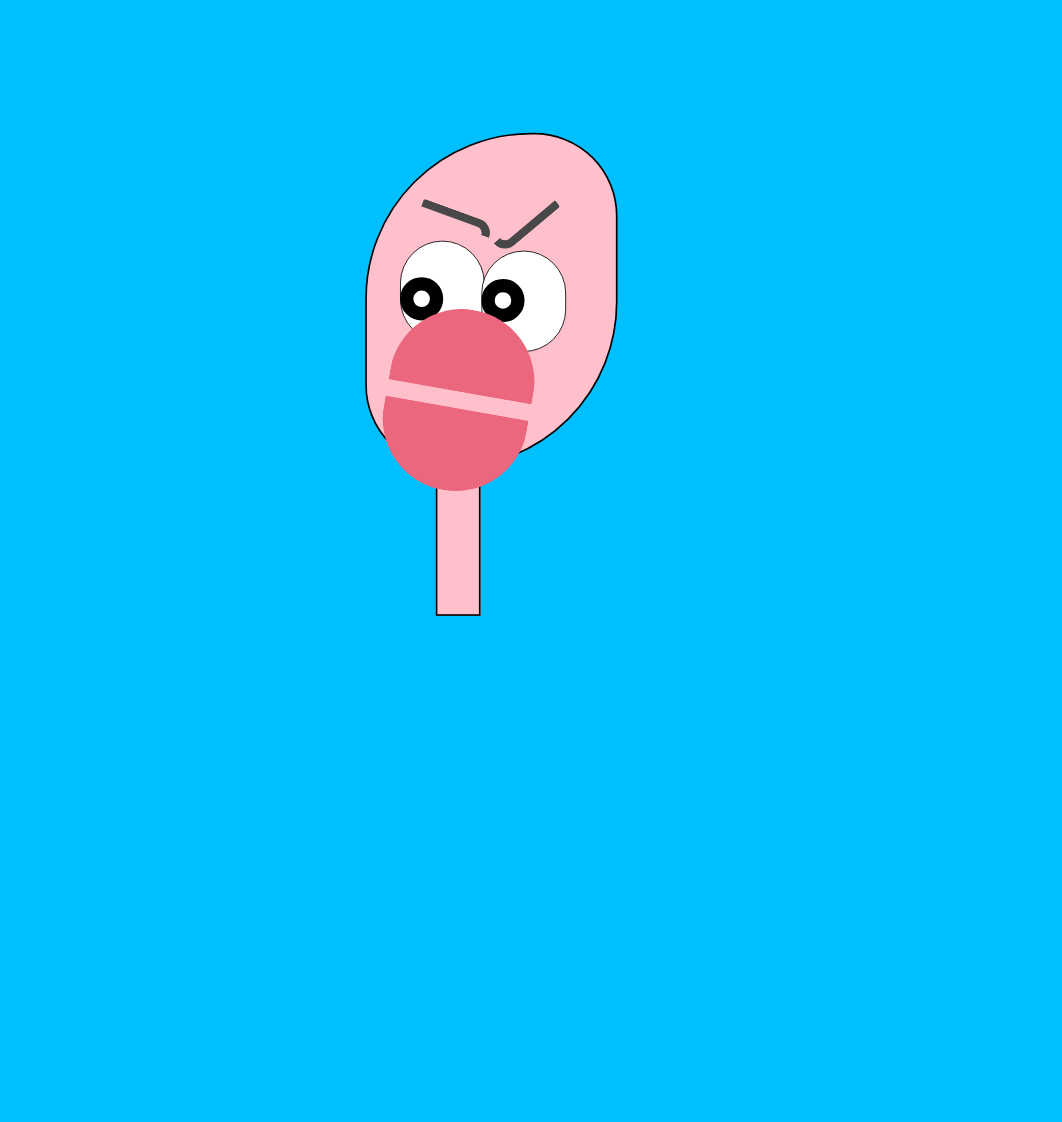
Repository: rodwestmoreland/1150
Page: cssCritter/index.html
An editor plug-in stored every save of this project. The page is shown before and after the next save, followed by the edit.
The browser window is 1280 px wide. The pictures show the whole page, at 83% of full size.

Above is the page before, as saved 2021-01-25 22:44:34.

After the next save:
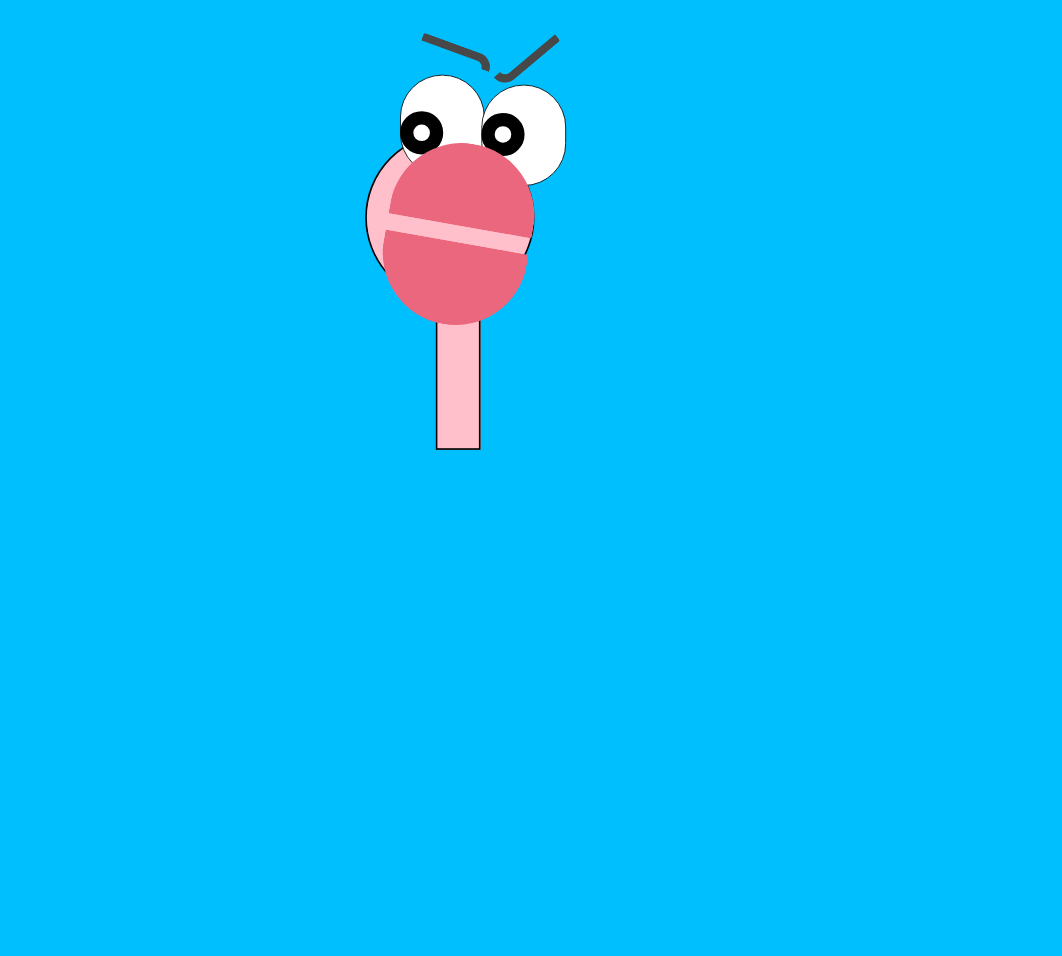
Saved 92 s later.
--- a/cssCritter/style.css
+++ b/cssCritter/style.css
@@ -113,3 +113,10 @@
     top: -390px;
 
  }
+ .face{
+    width: 200px;
+    height: 200px;
+    border: solid 2px #000;
+    background-color: pink;
+    border-radius: 200px;
+  }

After the save that followed:
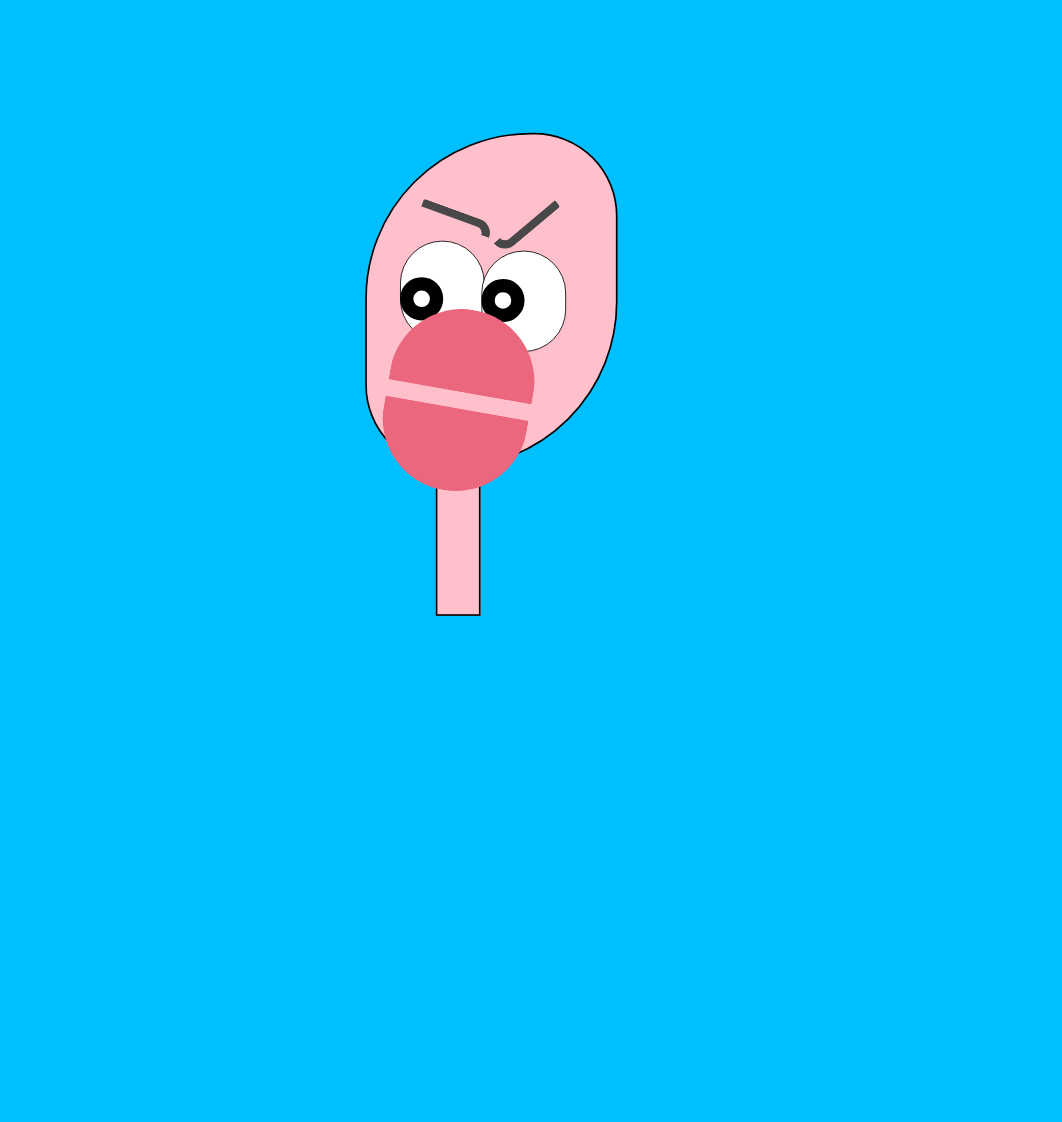
Saved 18 s later.
--- a/cssCritter/style.css
+++ b/cssCritter/style.css
@@ -113,7 +113,7 @@
     top: -390px;
 
  }
- .face{
+ .belly{
     width: 200px;
     height: 200px;
     border: solid 2px #000;
